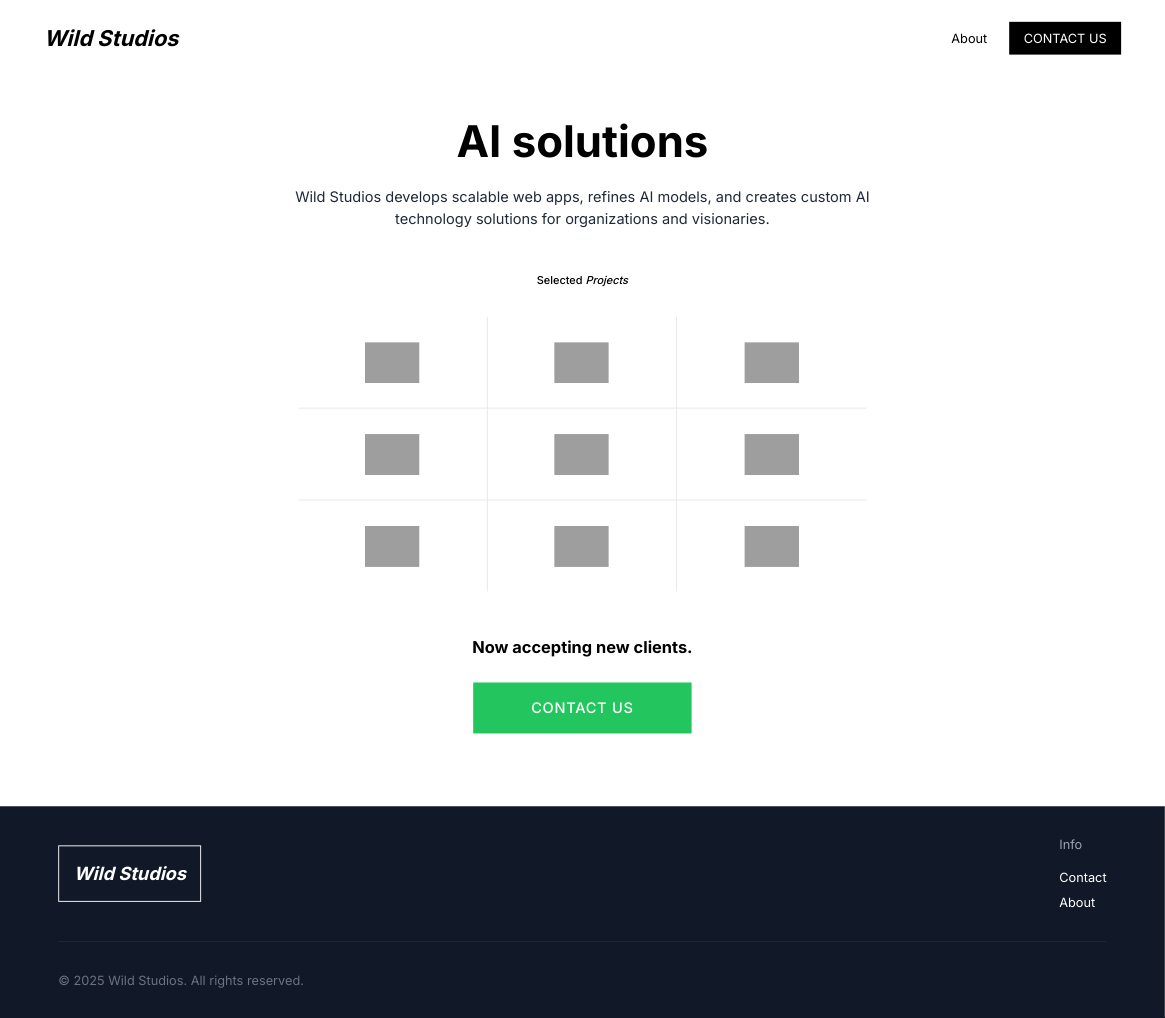
Repository: wpulier/wildstudio
Page: /
These files come from the project's save history. The page is drawn as it stood at one moment and after the next save; the edit follows.
The browser window is 1280 px wide. The pictures show the whole page, at 91% of full size.
Pictures or frames that could not be fetched are drawn as grey boxes. The project was rebuilt for these pictures with package versions that can differ from the ones it lists, and the page was loaded fresh each time. The framework's server and built-in components were replaced by stand-ins that run in the browser. Also part of the build but not shown: next.config.mjs.

Above is the page before, as saved 2025-03-01 14:16:38.

### src/app/layout.tsx
import type { Metadata } from "next";
import { Inter } from "next/font/google";
import "./globals.css";
import Footer from "./components/Footer";
import Navigation from "./components/Navigation";

const inter = Inter({ subsets: ["latin"] });

export const metadata: Metadata = {
  title: "Wild Studios | Design for the Digital Age",
  description: "Wild Studios designs products for the future. From digital interfaces to brand identities to immersive apps.",
};

export default function RootLayout({
  children,
}: Readonly<{
  children: React.ReactNode;
}>) {
  return (
    <html lang="en">
      <body className={inter.className}>
        <div className="flex flex-col min-h-screen">
          <Navigation />
          <main className="flex-grow mb-8">
            {children}
          </main>
          <Footer />
        </div>
      </body>
    </html>
  );
}

### src/app/page.tsx
import Link from 'next/link';
import { projects } from '@/data/projects';

export default function Home() {
  return (
    <>
      {/* Hero Section */}
      <section className="flex flex-col items-center justify-center text-center px-4 mt-8 md:mt-12">
        <h1 className="text-3xl md:text-5xl font-bold max-w-3xl">
          AI solutions
        </h1>

        <p className="mt-4 md:mt-6 max-w-2xl text-center text-sm md:text-base text-gray-800">
          Wild Studios develops scalable web apps, refines AI models, and creates custom AI technology solutions for organizations and visionaries.
        </p>
      </section>

      {/* Projects Grid Section */}
      <section className="px-4 md:px-6 py-12 mx-auto w-full max-w-2xl">
        <h2 className="text-xs font-medium text-center mb-8">
          Selected <span className="italic">Projects</span>
        </h2>

        {/* Project Grid */}
        <div className="mx-auto mb-12">
          <div className="grid grid-cols-3 mx-auto">
            {projects.map((project, index) => {
              const isRightBorder = index % 3 !== 2;
              const isBottomBorder = index < 6;

              return (
                <Link
                  key={index}
                  href={`/projects/${project.slug}`}
                  className={`
                    block
                    ${isRightBorder ? 'border-r border-gray-200' : ''}
                    ${isBottomBorder ? 'border-b border-gray-200' : ''}
                  `}
                >
                  <div className="h-[100px] w-full flex justify-center items-center group">
                    <img
                      src={project.logo}
                      alt={project.name}
                      className="w-[45%] h-[45%] object-contain transition-transform duration-200
                               group-hover:scale-110"
                    />
                  </div>
                </Link>
              );
            })}
          </div>
        </div>

        {/* CTA Section - Integrated with Projects section */}
        <div className="text-center mt-8">
          <p className="mb-6 font-bold text-lg">Now accepting new clients.</p>
          <Link
            href="/contact"
            className="inline-block bg-[#22c55e] hover:bg-[#16a34a] text-white py-4 px-16 uppercase tracking-wider text-base font-medium transition-colors duration-200"
          >
            CONTACT US
          </Link>
        </div>
      </section>
    </>
  );
}

### src/app/globals.css
@tailwind base;
@tailwind components;
@tailwind utilities;

:root {
  --foreground-rgb: 0, 0, 0;
  --background-rgb: 255, 255, 255;
}

body {
  color: rgb(var(--foreground-rgb));
  background: rgb(var(--background-rgb));
}

a {
  transition: color 0.2s ease;
}

button {
  transition: opacity 0.2s ease;
}

button:hover {
  opacity: 0.9;
}

### src/app/components/Footer.tsx
import Link from 'next/link';

export default function Footer() {
  return (
    <footer className="bg-gray-900 text-white py-6 md:py-8 px-4 md:px-12">
      <div className="max-w-6xl mx-auto">
        <div className="flex flex-col md:flex-row md:justify-between md:items-center">
          {/* Logo */}
          <div className="mb-6 md:mb-0">
            <div className="border border-white p-3 md:p-4 inline-block">
              <span className="text-lg md:text-xl italic font-bold">Wild Studios</span>
            </div>
          </div>

          {/* Simplified Navigation */}
          <div>
            <h4 className="text-xs md:text-sm text-gray-400 mb-2 md:mb-4">Info</h4>
            <ul className="space-y-1 md:space-y-2 text-sm">
              <li><Link href="/contact" className="hover:underline">Contact</Link></li>
              <li><Link href="/about" className="hover:underline">About</Link></li>
            </ul>
          </div>
        </div>

        <div className="mt-6 md:mt-8 pt-4 md:pt-8 border-t border-gray-800 text-xs md:text-sm text-gray-500">
          © {new Date().getFullYear()} Wild Studios. All rights reserved.
        </div>
      </div>
    </footer>
  );
}

### src/app/components/Navigation.tsx
import Link from 'next/link';

export default function Navigation() {
  return (
    <header className="flex justify-between items-center py-4 md:py-6 px-4 md:px-12">
      <Link href="/" className="text-xl md:text-2xl font-bold italic">
        Wild Studios
      </Link>
      <nav className="flex items-center space-x-3 md:space-x-6">
        <Link href="/about" className="text-sm hover:underline">About</Link>
        <Link href="/contact" className="text-sm bg-black text-white px-3 py-1.5 md:px-4 md:py-2">
          CONTACT US
        </Link>
      </nav>
    </header>
  );
}

### src/data/projects.ts
export interface Project {
  name: string;
  slug: string;
  logo: string;
  description: string;
}

export const projects: Project[] = [
  {
    name: "Spotify",
    slug: "spotify",
    logo: "https://upload.wikimedia.org/wikipedia/commons/thumb/8/84/Spotify_icon.svg/232px-Spotify_icon.svg.png",
    description: "Redesigning the listening experience"
  },
  {
    name: "Adobe",
    slug: "adobe",
    logo: "https://upload.wikimedia.org/wikipedia/commons/thumb/8/8d/Adobe_Corporate_Logo.png/220px-Adobe_Corporate_Logo.png",
    description: "Reimagining creative tools"
  },
  {
    name: "Tesla",
    slug: "tesla",
    logo: "https://upload.wikimedia.org/wikipedia/commons/thumb/b/bd/Tesla_Motors.svg/220px-Tesla_Motors.svg.png",
    description: "Future of automotive interfaces"
  },
  {
    name: "Airbnb",
    slug: "airbnb",
    logo: "https://upload.wikimedia.org/wikipedia/commons/thumb/6/69/Airbnb_Logo_B%C3%A9lo.svg/220px-Airbnb_Logo_B%C3%A9lo.svg.png",
    description: "Revolutionizing travel experiences"
  },
  {
    name: "Apple",
    slug: "apple",
    logo: "https://upload.wikimedia.org/wikipedia/commons/thumb/f/fa/Apple_logo_black.svg/220px-Apple_logo_black.svg.png",
    description: "Designing next-gen devices"
  },
  {
    name: "Slack",
    slug: "slack",
    logo: "https://upload.wikimedia.org/wikipedia/commons/thumb/d/d5/Slack_icon_2019.svg/220px-Slack_icon_2019.svg.png",
    description: "Transforming workplace communication"
  },
  {
    name: "Netflix",
    slug: "netflix",
    logo: "https://upload.wikimedia.org/wikipedia/commons/thumb/0/08/Netflix_2015_logo.svg/220px-Netflix_2015_logo.svg.png",
    description: "Reimagining streaming experiences"
  },
  {
    name: "Google",
    slug: "google",
    logo: "https://upload.wikimedia.org/wikipedia/commons/thumb/2/2f/Google_2015_logo.svg/220px-Google_2015_logo.svg.png",
    description: "Creating the search of tomorrow"
  },
  {
    name: "Twitter",
    slug: "twitter",
    logo: "https://upload.wikimedia.org/wikipedia/commons/thumb/6/6f/Logo_of_Twitter.svg/220px-Logo_of_Twitter.svg.png",
    description: "Redefining social conversations"
  }
];

### tailwind.config.js
/** @type {import('tailwindcss').Config} */
module.exports = {
  content: [
    "./src/app/**/*.{js,ts,jsx,tsx}",
    "./src/pages/**/*.{js,ts,jsx,tsx}",
    "./src/components/**/*.{js,ts,jsx,tsx}",
  ],
  theme: {
    extend: {},
  },
  plugins: [],
}

After the next save:
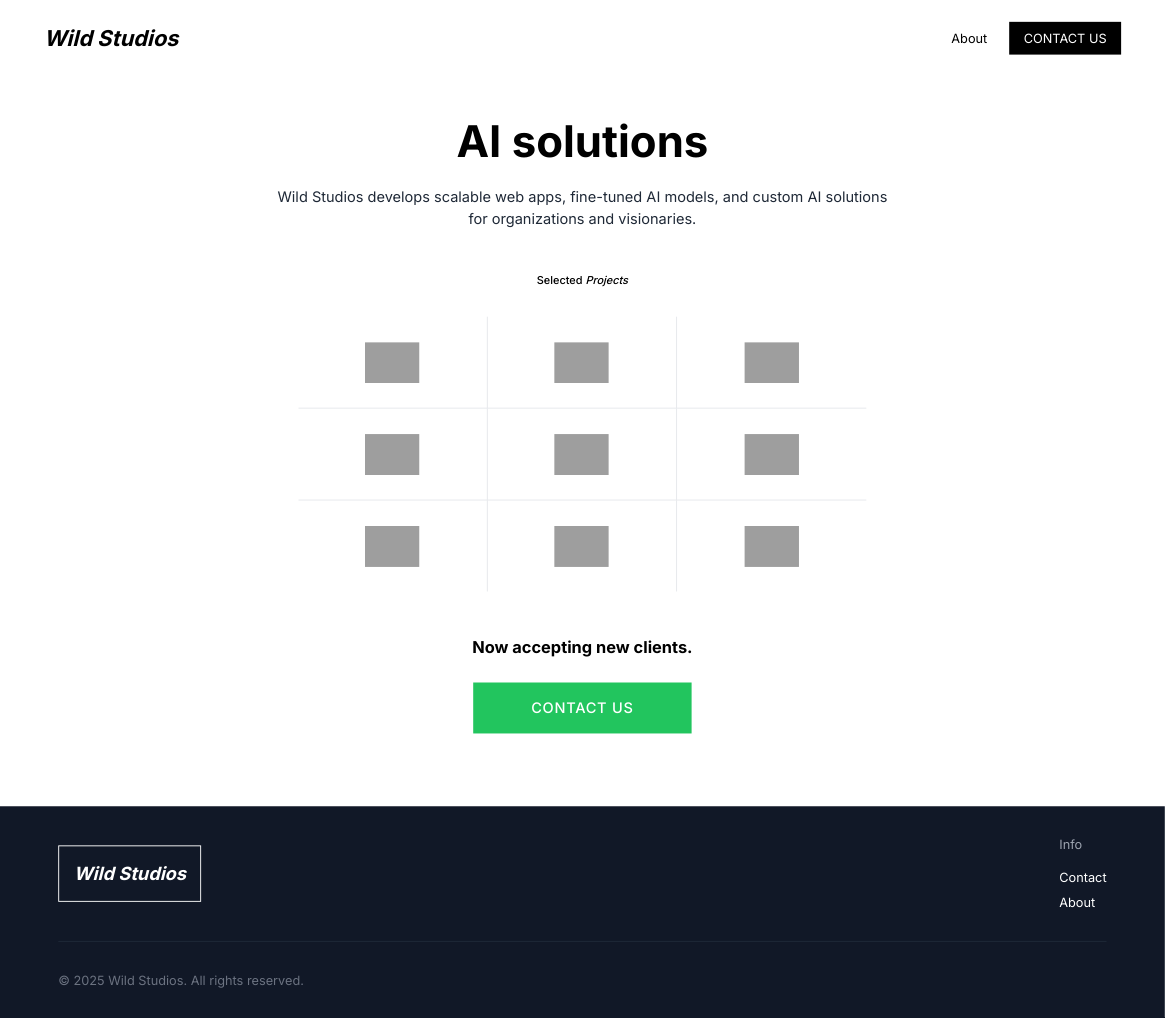
Saved 45 s later.
--- a/src/app/page.tsx
+++ b/src/app/page.tsx
@@ -11,7 +11,7 @@ export default function Home() {
         </h1>
 
         <p className="mt-4 md:mt-6 max-w-2xl text-center text-sm md:text-base text-gray-800">
-          Wild Studios develops scalable web apps, refines AI models, and creates custom AI technology solutions for organizations and visionaries.
+          Wild Studios develops scalable web apps, fine-tuned AI models, and custom AI solutions for organizations and visionaries.
         </p>
       </section>
 
